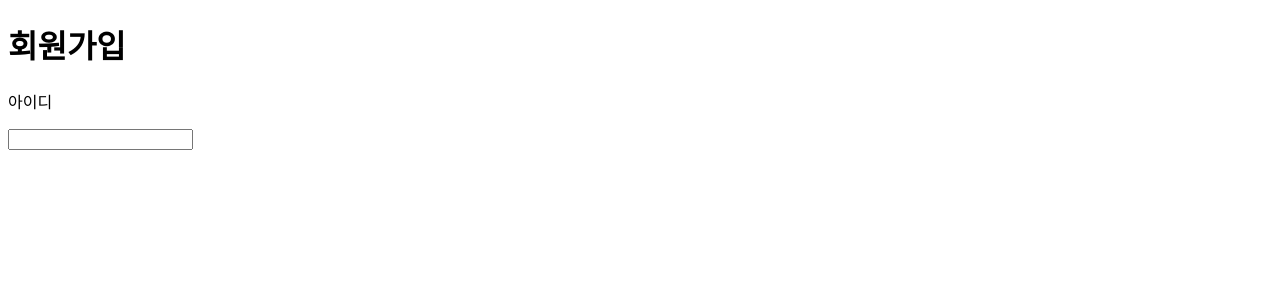
Repository: gihyun0801/post_project
Page: http://localhost/TodoList/signup
An editor plug-in stored every save of this project. The page is shown before and after the next save, followed by the edit.
The browser window is 1280 px wide. The pictures show the whole page.
The page is served by Tomcat 10.

Above is the page before, as saved 2024-03-27 11:28:19.

After the next save:
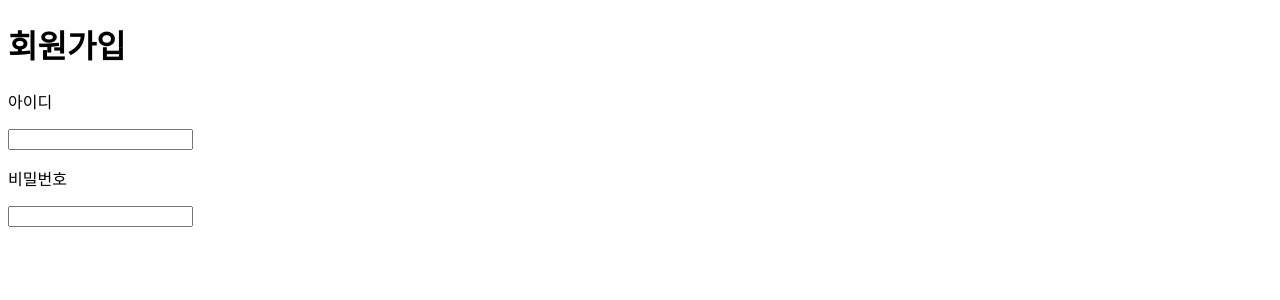
Saved 30 s later.
--- a/TodoList/src/main/webapp/WEB-INF/views/signup.jsp
+++ b/TodoList/src/main/webapp/WEB-INF/views/signup.jsp
@@ -16,6 +16,9 @@
        <p>아이디</p>
        <input type="text" name="inputId" required autocomplete="off">
 
+       <p>비밀번호</p>
+       <input type="password" name="inputPw" required>
+
     </form>
 
    </main>
